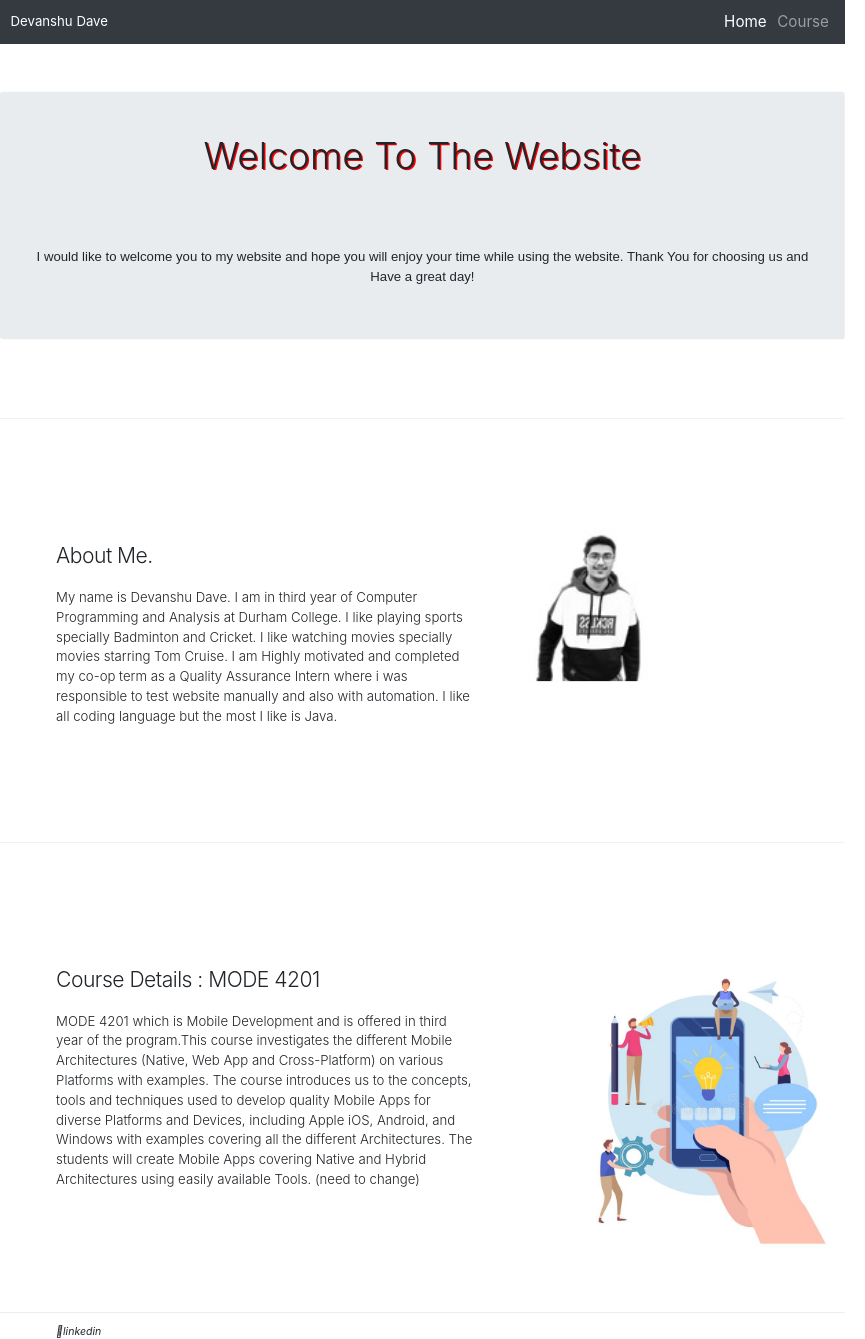
Repository: devanshudave1901/Mobile-Dev-Website
Page: index.html
An editor plug-in stored every save of this project. The page is shown before and after the next save, followed by the edit.
The browser window is 1280 px wide. The page is 1310 px wide, so the pictures cover 1310 px, including what lies to the right of the window. The pictures show the whole page, at 66% of full size.
Some web libraries are served in a nearby version.

Above is the page before, as saved 2022-10-05 01:39:37.

After the next save:
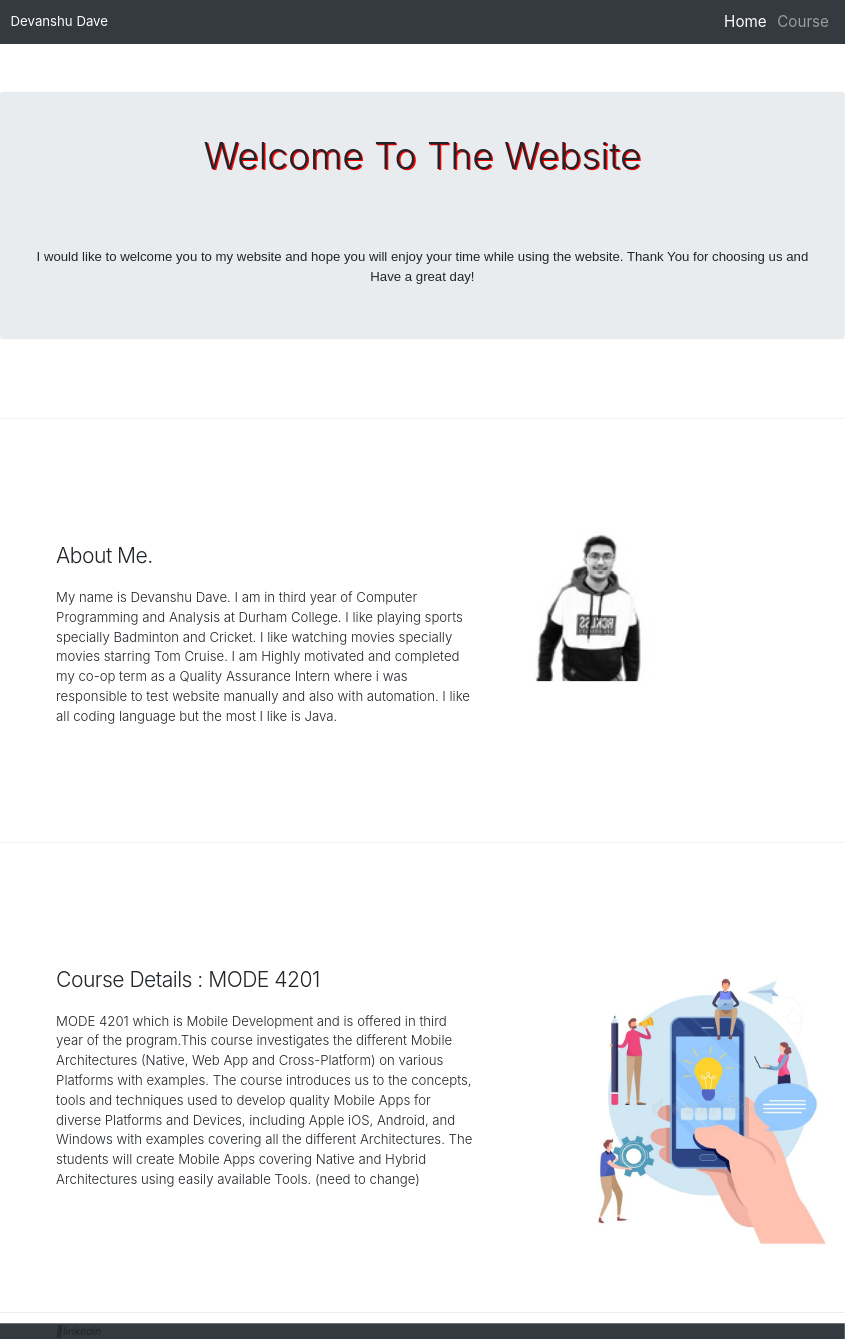
Saved 23 s later.
--- a/index.html
+++ b/index.html
@@ -157,7 +157,7 @@
       <br />
     </div>
     <hr />
-    <footer class="footer">
+    <footer class="footer navbar-dark bg-dark">
       <div class="container">
         <i class="fa-brands fa-linkedin">linkedin</i>
         <!-- <a class="nav-link" href="./course.html">linkedin</a> -->
